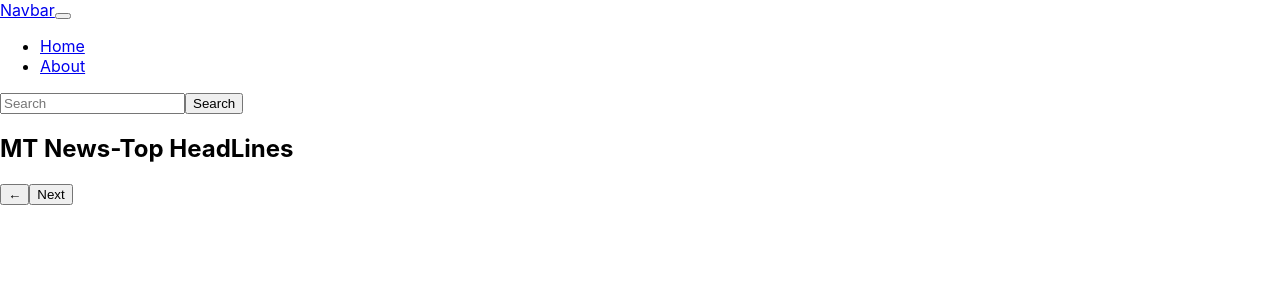
Repository: professorsourabh/news_website_using-ReactJS
Page: /
These files come from the project's save history. The page is drawn as it stood at one moment and after the next save; the edit follows.
The browser window is 1280 px wide. The pictures show the whole page.
The page's requests for data from a server got no answer. The project was rebuilt for these pictures with package versions that can differ from the ones it lists, and the page was loaded fresh each time. No one was signed in, and anything a server would have sent is missing. Also part of the build but not shown: src/App.css, src/Components/NewsaItem.js.

Above is the page before, as saved 2023-05-14 10:38:11.

After the next save:
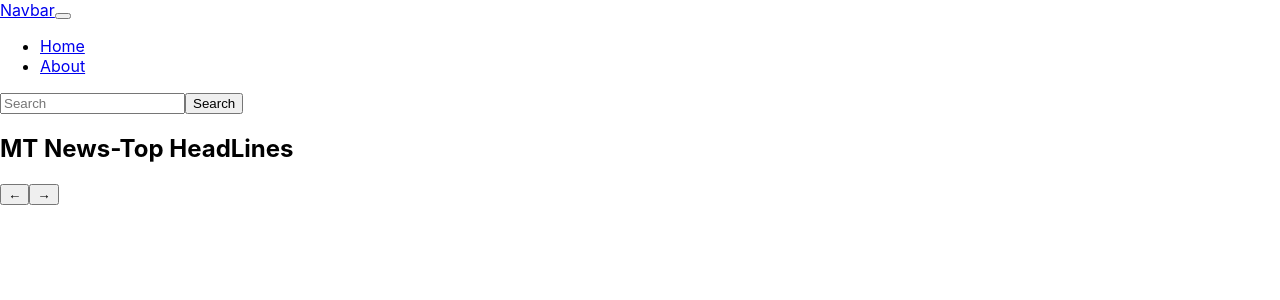
Saved 74 s later.
--- a/src/Components/News.js
+++ b/src/Components/News.js
@@ -36,7 +36,7 @@
         <div className="container d-flex justify-content-between">
           <button type='button' className='btn btn-info my-2 mx-2'>&#8592;</button>
 
-          <button type='button' className='btn btn-info my-2 mx-2'>Next</button>
+          <button type='button' className='btn btn-info my-2 mx-2'>&#8594;</button>
         </div>
 
 
